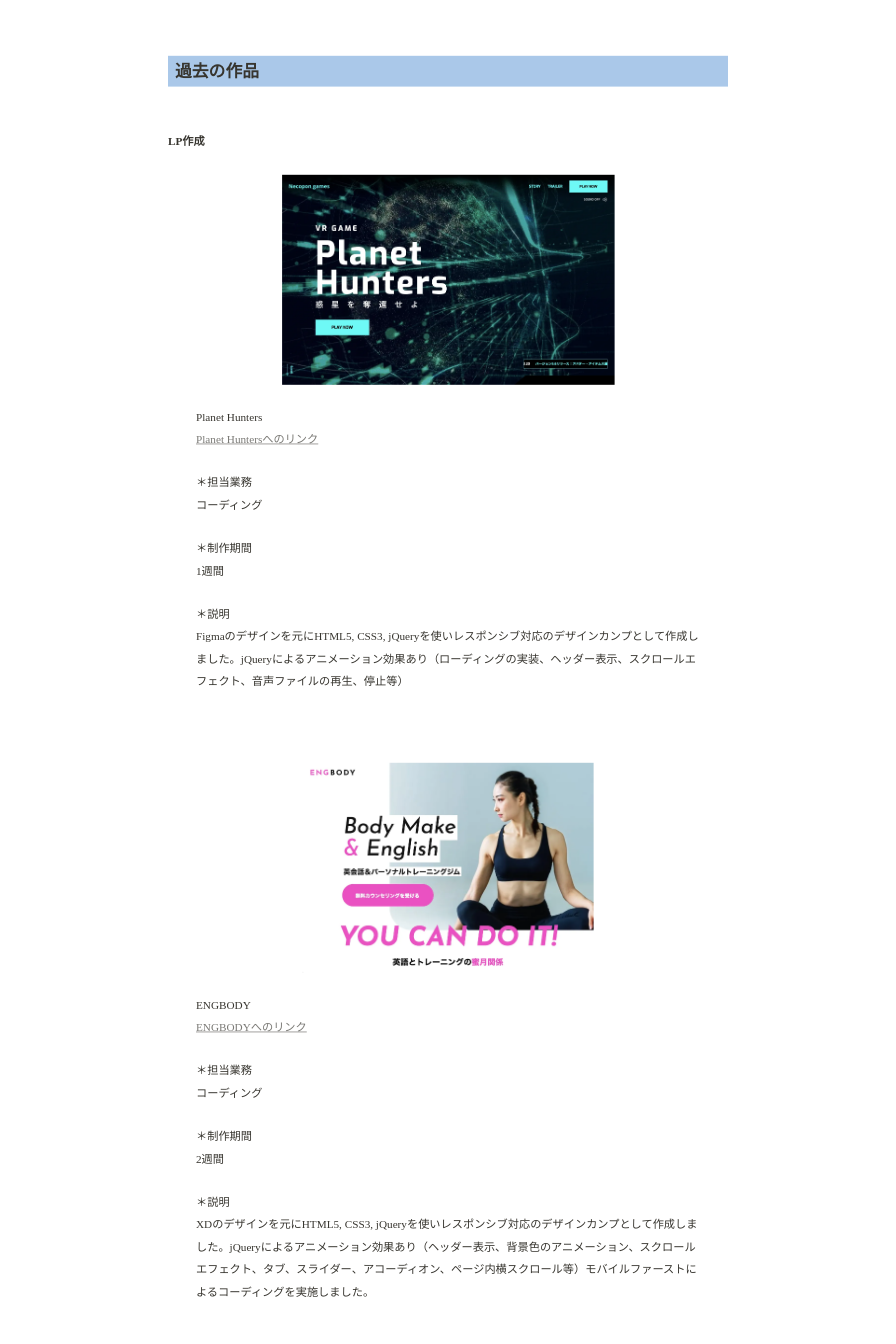
Repository: tetishi/my-portfolio
Page: index.html
The author's editor kept a copy of each file at every save. The page is drawn from the files as they stood at one save, then again after a run of saves.
The browser window is 1280 px wide. The pictures show the part of the page from y = 324 to 2244 px (the page is 7357 px tall before and 7073 px after), at 70% of full size.
The style sheet was rebuilt from its Sass, Less or Tailwind sources for each picture, by a compiler version that may differ from the author's.

Above is the page before, as saved 2023-09-01 13:50:07.

### index.html
<!DOCTYPE html>
<html lang="ja">

<head>
    <meta name="robots" content="noindex">
    <meta charset="UTF-8">
    <meta name="viewport" content="width=device-width, initial-scale=1.0">
    <meta http-equiv="X-UA-Compatible" content="ie=edge">
    <meta property="og:title" content="石田哲朗のポートフォリオ" />
    <meta property="og:type" content="website" />
    <meta property="og:url" content="#" />
    <meta property="og:image" content="#" />
    <meta property="og:site_name" content="ポートフォリオ" />
    <meta property="og:description" content="石田哲朗のポートフォリオです。過去の作品、スキル、使用ツール、自己紹介を掲載しております。" />
    <title>石田哲朗のポートフォリオ</title>
    <link rel="stylesheet" href="reset.css">
    <link rel="stylesheet" href="style.css">
    <link rel="icon" href="img/favicon.ico">
</head>

<body>
    <header>

    </header>

    <main>

        <section>
            <!-- ここ記入 -->
            <h1>ポートフォリオ<br class="d-none">（石田 哲朗）</h1>
            <p>お忙しい中 ご覧頂きありがとうございます。</p>
            <p>以下、過去の作品でございます。</p>
            <!-- ここ記入 -->
            <!-- <p>ベーシック認証がかかっているものは<br>ID aaa<br>パスワード aaa<br> です。</p> -->
        </section>
        <section>

            <h2>過去の作品</h2>
            <h3 class="sub-tit">LP作成</h3>

            <!-- １作品目 -->
            <div class="work">
                <!-- サイトのイメージ写真を入れます -->
                <picture>
                    <source srcset="img/planet-hunters.webp" type="image/webp">
                    <img src="img/planet-hunters.jpg">
                </picture>
                <!-- ここ記入 -->
                <p class="work_tit">Planet Hunters</p>
                <!-- ここ記入 -->
                <p class="work_link"><a target="_blank" rel="noopener noreferrer" href="https://tetishi.github.io/planet-hunters/">Planet Huntersへのリンク</a></p>
                <p class="details">＊担当業務</p>
                <p>コーディング</p>
                <p class="details">＊制作期間</p>
                <!-- ここ記入 -->
                <p>1週間</p>
                <p class="details">＊説明</p>
                <!-- ここ記入 -->
                <p>Figmaのデザインを元にHTML5, CSS3, jQueryを使いレスポンシブ対応のデザインカンプとして作成しました。jQueryによるアニメーション効果あり（ローディングの実装、ヘッダー表示、スクロールエフェクト、音声ファイルの再生、停止等）</p>
            </div>

            <!-- 2作品目 -->
            <div class="work">
                <!-- サイトのイメージ写真を入れます -->
                <picture>
                    <source srcset="img/engbody.webp" type="image/webp">
                    <img src="img/engbody.png">
                </picture>
                <!-- ここ記入 -->
                <p class="work_tit">ENGBODY</p>
                <!-- ここ記入 -->
                <p class="work_link"><a target="_blank" rel="noopener noreferrer" href="https://tetishi.github.io/engbody/">ENGBODYへのリンク</a></p>
                <p class="details">＊担当業務</p>
                <p>コーディング</p>
                <p class="details">＊制作期間</p>
                <!-- ここ記入 -->
                <p>2週間</p>
                <p class="details">＊説明</p>
                <!-- ここ記入 -->
                <p>XDのデザインを元にHTML5, CSS3, jQueryを使いレスポンシブ対応のデザインカンプとして作成しました。jQueryによるアニメーション効果あり（ヘッダー表示、背景色のアニメーション、スクロールエフェクト、タブ、スライダー、アコーディオン、ページ内横スクロール等）モバイルファーストによるコーディングを実施しました。</p>
            </div>

            <!-- 　3作品目 -->
            <div class="work">
                <!-- サイトのイメージ写真を入れます -->
                <picture>
                    <source srcset="img/cresta-design.webp" type="image/webp">
                    <img src="img/cresta-design.jpeg">
                </picture>
                <!-- ここ記入 -->
                <p class="work_tit">Cresta Design</p>
                <!-- ここ記入 -->
                <p class="work_link"><a target="_blank" rel="noopener noreferrer" href="https://tetishi.github.io/cresta-design/">Cresta Designへのリンク</a></p>
                <p class="details">＊担当業務</p>
                <p>コーディング</p>
                <p class="details">＊制作期間</p>
                <!-- ここ記入 -->
                <p>2週間</p>
                <p class="details">＊説明</p>
                <!-- ここ記入 -->
                <p>XDのデザインを元にHTML5, CSS3, jQueryを使いレスポンシブ対応のデザインカンプとして作成しました。jQueryによるアニメーション効果あり（ハンバーガーメニュー、ページ内スクロールボタン）</p>
            </div>

            <!-- 　4作品目 -->
            <div class="work">
                <!-- サイトのイメージ写真を入れます -->
                <picture>
                    <source srcset="img/wdc.webp" type="image/webp">
                    <img src="img/wdc.png">
                </picture>
                <!-- ここ記入 -->
                <p class="work_tit">WDC</p>
                <!-- ここ記入 -->
                <p class="work_link"><a target="_blank" rel="noopener noreferrer" href="https://tetishi.github.io/wdc/">WDCへのリンク</a></p>
                <p class="details">＊担当業務</p>
                <p>コーディング</p>
                <p class="details">＊制作期間</p>
                <!-- ここ記入 -->
                <p>2週間</p>
                <p class="details">＊説明</p>
                <!-- ここ記入 -->
                <p>XDのデザインを元にHTML5, CSS3, jQueryを使いレスポンシブ対応のデザインカンプとして作成しました。jQueryによるアニメーション効果あり（ページ内スクロールボタン、トップに戻るボタン）</p>
            </div>

            <!-- 　5作品目 -->
            <div class="work">
                <!-- サイトのイメージ写真を入れます -->
                <picture>
                    <source srcset="img/start.webp" type="image/webp">
                    <img src="img/start.png">
                </picture>
                <!-- ここ記入 -->
                <p class="work_tit">START</p>
                <!-- ここ記入 -->
                <p class="work_link"><a target="_blank" rel="noopener noreferrer" href="https://tetishi.github.io/">STARTへのリンク</a></p>
                <p class="details">＊担当業務</p>
                <p>コーディング</p>
                <p class="details">＊制作期間</p>
                <!-- ここ記入 -->
                <p>1週間</p>
                <p class="details">＊説明</p>
                <!-- ここ記入 -->
                <p>XDのデザインを元にHTML5, CSS3, jQueryを使いレスポンシブ対応のデザインカンプとして作成しました。jQueryによるアニメーション効果あり（ハンバーガーメニュー）</p>
            </div>

            <!-- 　6作品目 -->
            <div class="work">
                <!-- サイトのイメージ写真を入れます -->
                <picture>
                    <source srcset="img/munchkin.webp" type="image/webp">
                    <img src="img/munchkin.png">
                </picture>
                <!-- ここ記入 -->
                <p class="work_tit">MUNCHKIN</p>
                <!-- ここ記入 -->
                <p class="work_link"><a target="_blank" rel="noopener noreferrer" href="https://tetishi.github.io/munchkin2/">MUNCHKINへのリンク</a></p>
                <p class="details">＊担当業務</p>
                <p>コーディング</p>
                <p class="details">＊制作期間</p>
                <!-- ここ記入 -->
                <p>1週間</p>
                <p class="details">＊説明</p>
                <!-- ここ記入 -->
                <p>XDのデザインを元にHTML5, CSS3, jQueryを使いレスポンシブ対応のデザインカンプとして作成しました。jQueryによるアニメーション効果あり（ハンバーガーメニュー、スクロールボタン）</p>
            </div>


            <!-- <h3 class="sub-tit">コーポレイトサイト作成</h3> -->
            <!-- <div class="work"> -->
                <!-- サイトのイメージ写真を入れます -->
                <!-- <picture>
                    <source srcset="img/#" type="image/webp">
                    <img src="img/#">
                </picture> -->
                <!-- ここ記入 -->
                <!-- <p class="work_tit">ここに作品のタイトルを入れます</p> -->
                <!-- ここ記入 -->
                <!-- <p class="work_link"><a target="_blank" rel="noopener noreferrer" href="#">ここにリンクを入れます</a></p>
                <p class="details">＊担当業務</p>
                <p>コーディング</p>
                <p class="details">＊制作期間</p> -->
                <!-- ここ記入 -->
                <!-- <p>○週間</p>
                <p class="details">＊説明</p> -->
                <!-- ここ記入 -->
                <!-- <p>ここに説明文を入れます</p>
            </div> -->


        </section>
        <section>
            <h2>スキル</h2>
            <h3 class="info-tit">使用言語</h3>
            <p>HTML / CSS / Sass / Javascript / SEO </p>
            <h3 class="info-tit">フレイムワーク</h3>
            <p>jQuery / WordPress</p>
        </section>
        <section>
            <h2>使用ツール</h2>
            <h3 class="info-tit">エディター</h3>
            <p>Visual Studio Code</p>
            <h3 class="info-tit">テストサーバー</h3>
            <p>エックスフリー</p>
            <h3 class="info-tit">バージョン管理ツール</h3>
            <p>GitHub</p>
            <h3 class="info-tit">連絡ツール</h3>
            <p>slack / Chatwork</p>
        </section>
        <section>
            <h2>私について</h2>
            <!-- 自分の写真を入れます -->
            <img class="people" src="img/myself.jpeg">
            <h3 class="info-tit">名前</h3>
            <!-- ここ記入 -->
            <p>石田 哲朗</p>
            <h3 class="info-tit">生年月日</h3>
            <!-- ここ記入 -->
            <p>1992年11月12日</p>
            <h3 class="info-tit">出身</h3>
            <!-- ここ記入 -->
            <p>奈良県</p>
            <h3 class="info-tit">経歴</h3>
            <!-- ここ記入 -->
            <ul class="carrier-list">
                <li class="carrier-item">
                    <p class="carrier-year">2015</p>
                    <p class="carrier-content">大阪の大学を経済学部で卒業</p>
                </li>
                <li class="carrier-item">
                    <p class="carrier-year">2015 - 2017</p>
                    <p class="carrier-content">アメリカ、ロサンゼルスの語学学校で英語を学ぶ</p>
                </li>
                <li class="carrier-item">
                    <p class="carrier-year">2017 - 2019</p>
                    <p class="carrier-content">カリフォルニア州オークランドにあるLaney Collegeにてコンピュータプログラミング専攻し卒業</p>
                </li>
                <li class="carrier-item">
                    <p class="carrier-year">2019</p>
                    <p class="carrier-content">フリーランスのWebエンジニアとして活動</p>
                </li>
                <li class="carrier-item">
                    <p class="carrier-year">2019 - 2020</p>
                    <p class="carrier-content">プログラミングスクールにてRuby on Ralisなどを学び実際に業務としてWeb開発を実施</p>
                </li>
                <li class="carrier-item">
                    <p class="carrier-year">2021 ~ 2023</p>
                    <p class="carrier-content">ネットワークエンジニアとして勤務</p>
                </li>
                <li class="carrier-item">
                    <p class="carrier-year">2022 ~ 現在</p>
                    <p class="carrier-content">フリーランスのWebエンジニアとして活動中</p>
                </li>
            </ul>
        </section>



    </main>

    <footer>

    </footer>

</body>

</html>

### reset.css
/*
html5doctor.com Reset Stylesheet
v1.6.1
Last Updated: 2010-09-17
Author: Richard Clark - http://richclarkdesign.com
Twitter: @rich_clark
*/

html,
body,
div,
span,
object,
iframe,
h1,
h2,
h3,
h4,
h5,
h6,
p,
blockquote,
pre,
abbr,
address,
cite,
code,
del,
dfn,
em,
img,
ins,
kbd,
q,
samp,
small,
strong,
sub,
sup,
var,
b,
i,
dl,
dt,
dd,
ol,
ul,
li,
fieldset,
form,
label,
legend,
table,
caption,
tbody,
tfoot,
thead,
tr,
th,
td,
article,
aside,
canvas,
details,
figcaption,
figure,
footer,
header,
hgroup,
menu,
nav,
section,
summary,
time,
mark,
audio,
video {
    margin: 0;
    padding: 0;
    border: 0;
    outline: 0;
    font-size: 100%;
    vertical-align: baseline;
    background: transparent;
}

body {
    line-height: 1;
}

article,
aside,
details,
figcaption,
figure,
footer,
header,
hgroup,
menu,
nav,
section {
    display: block;
}

nav ul {
    list-style: none;
}

blockquote,
q {
    quotes: none;
}

blockquote:before,
blockquote:after,
q:before,
q:after {
    content: '';
    content: none;
}

a {
    margin: 0;
    padding: 0;
    font-size: 100%;
    vertical-align: baseline;
    background: transparent;
}


/* change colours to suit your needs */

ins {
    background-color: #ff9;
    color: #000;
    text-decoration: none;
}


/* change colours to suit your needs */

mark {
    background-color: #ff9;
    color: #000;
    font-style: italic;
    font-weight: bold;
}

del {
    text-decoration: line-through;
}

abbr[title],
dfn[title] {
    border-bottom: 1px dotted;
    cursor: help;
}

table {
    border-collapse: collapse;
    border-spacing: 0;
}


/* change border colour to suit your needs */

hr {
    display: block;
    height: 1px;
    border: 0;
    border-top: 1px solid #cccccc;
    margin: 1em 0;
    padding: 0;
}

input,
select {
    vertical-align: middle;
}


/*end reset css*/

### style.scss
$main-color: #AAC8E9;
img {
    width: 100%;
}

h1,
h2,
h3,
p {
    color: #37352F;
}

a {
    color: #7A7975;
}

h1 {
    font-size: 2.5rem;
    margin-bottom: 50px;
}

h2 {
    background-color: $main-color;
    font-size: 1.5rem;
    padding: 10px;
    margin-top: 100px;
}

p {
    line-height: 2;
}

.d-flex {
    display: flex;
}

.d-none {
    display: none;
}

.d-block {
    display: block;
}

header {
    height: 50px;
    width: 100%;
    position: fixed;
    top: 0;
    background-color: #ffffff;
    margin-bottom: 50px;
    display: flex;
    align-items: center;
    .logo {
        width: 150px;
    }
}

.header-inner {
    width: 90%;
    margin: 0 auto;
}

main {
    max-width: 800px;
    width: 80%;
    margin: 150px auto;
}

.sub-tit {
    margin-top: 70px;
    margin-bottom: -60px;
}

.info-tit {
    margin: 30px 0 10px 0;
}

.work {
    width: 90%;
    margin: 0 auto;
    margin-top: 100px;
    img {
        max-height: 300px;
        object-fit: contain;
        margin: 0 auto;
        margin-bottom: 30px;
        display: block;
    }
    .d-flex img {
        max-width: 450px;
        width: 70%;
    }
}

.details {
    margin-top: 30px;
}

.people {
    height: 200px;
    width: 20%;
    object-fit: cover;
    margin-top: 50px;
}

.carrier-item {
    display: flex;
    .carrier-year {
        white-space: nowrap;
        width: 20%;
    }
    .carrier-content {
        width: 80%;
    }
}

@media all and (max-width:650px) {
    main {
        width: 90%;
        margin: 100px auto;
    }
    .d-flex {
        display: block;
    }
    .d-none {
        display: block;
    }
    .d-block {
        display: none !important;
    }
    h1 {
        font-size: 2rem;
    }
    .people {
        display: block;
        width: 50%;
        margin: 0 auto;
        margin-top: 30px;
    }
    .carrier-item {
        display: block;
        padding: 10px 0;
        &:first-of-type {
            padding: 0 0 10px;
        }
        .carrier-year {
            width: 100%;
        }
        .carrier-content {
            width: 100%;
        }
    }
}

After the next 2 saves:
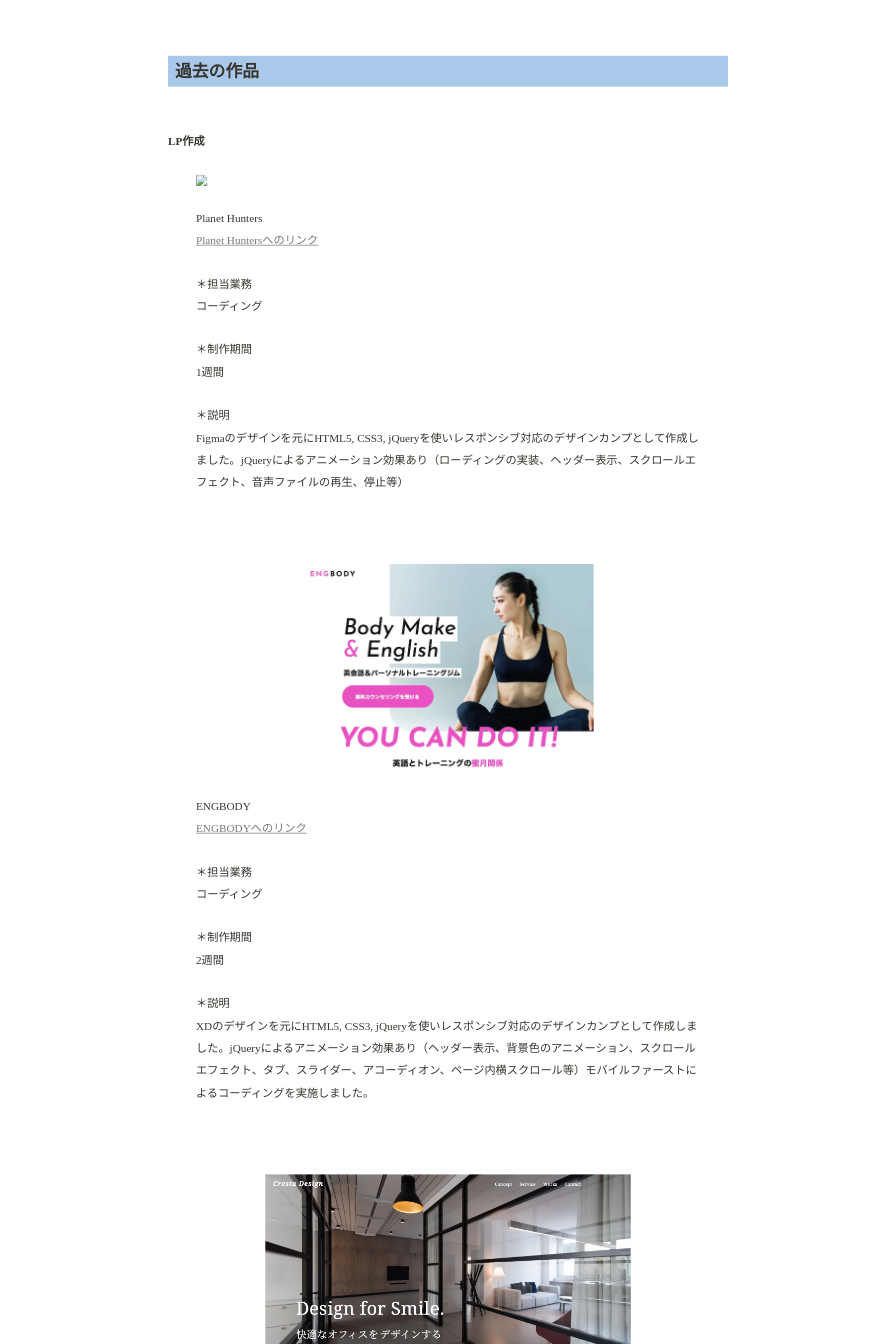
Not found: img/pla.webp
The 2 saves are shown as one change because they came seconds apart.
The last was saved 20 s later.
--- a/index.html
+++ b/index.html
@@ -42,7 +42,7 @@
             <div class="work">
                 <!-- サイトのイメージ写真を入れます -->
                 <picture>
-                    <source srcset="img/planet-hunters.webp" type="image/webp">
+                    <source srcset="img/pla.webp" type="image/webp">
                     <img src="img/planet-hunters.jpg">
                 </picture>
                 <!-- ここ記入 -->
@@ -85,7 +85,7 @@
                 <!-- サイトのイメージ写真を入れます -->
                 <picture>
                     <source srcset="img/cresta-design.webp" type="image/webp">
-                    <img src="img/cresta-design.jpeg">
+                    <img src="img/cresta-design.png">
                 </picture>
                 <!-- ここ記入 -->
                 <p class="work_tit">Cresta Design</p>

After the save that followed:
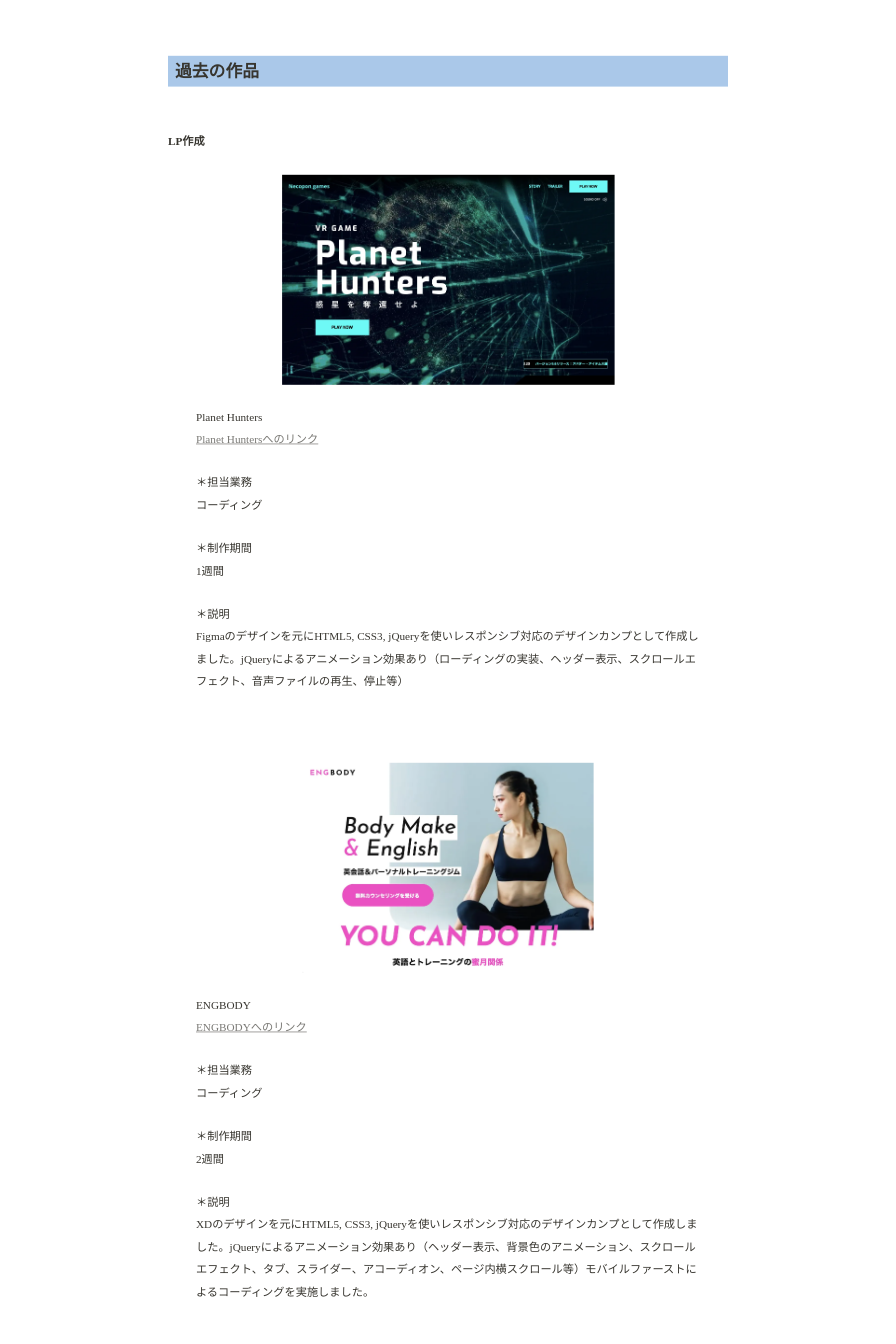
Saved 5 s later.
--- a/index.html
+++ b/index.html
@@ -42,7 +42,7 @@
             <div class="work">
                 <!-- サイトのイメージ写真を入れます -->
                 <picture>
-                    <source srcset="img/pla.webp" type="image/webp">
+                    <source srcset="img/planet-hunters.webp" type="image/webp">
                     <img src="img/planet-hunters.jpg">
                 </picture>
                 <!-- ここ記入 -->
